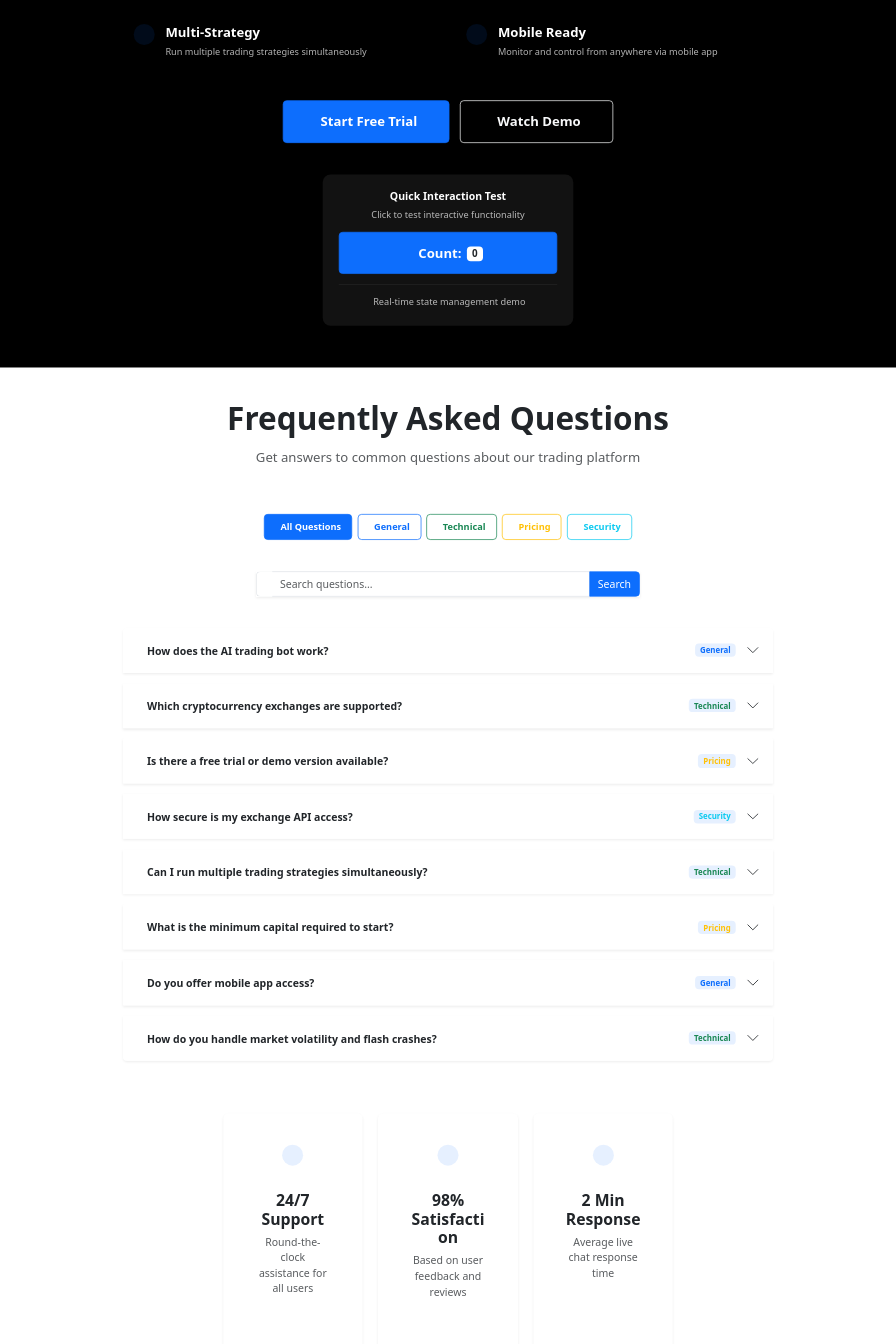
Repository: Kevin-Pro-Codes/halo-trading
Page: /
The author's editor kept a copy of each file at every save. The page is drawn from the files as they stood at one save, then again after the next save.
The browser window is 1280 px wide. The pictures show the part of the page from y = 615 to 2535 px (the page is 12194 px tall), at 70% of full size.
The page's requests for data from a server got no answer. The project was rebuilt for these pictures with package versions that can differ from the ones it lists, and the page was loaded fresh each time. Some packages were replaced by stand-ins written for this rebuild. No one was signed in, and anything a server would have sent is missing. Also part of the build but not shown: vite.config.js, src/styles/DocStyle.css, src/styles/PricingStyle.css.

Above is the page before, as saved 2025-12-09 15:57:10.

After the next save:
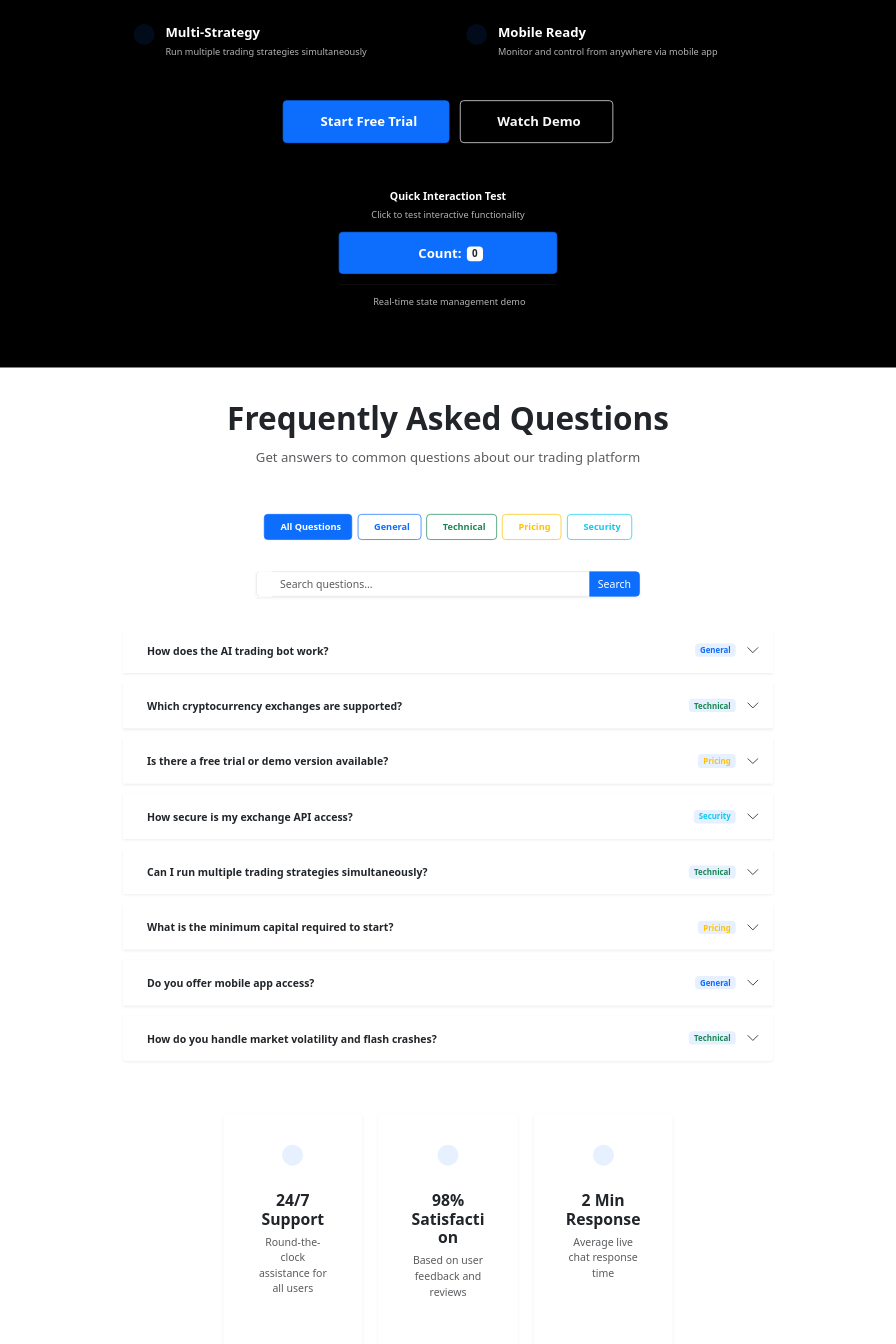
Saved 42 s later.
--- a/src/components/LatestSection.jsx
+++ b/src/components/LatestSection.jsx
@@ -321,7 +321,7 @@ const LatestSection = () => {
       {/* CSS Styling */}
       <style jsx>{`
         .bg-dark {
-          background-color: #121212 !important;
+          background-color: #000000 !important;
         }
 
         .hover-lift {
